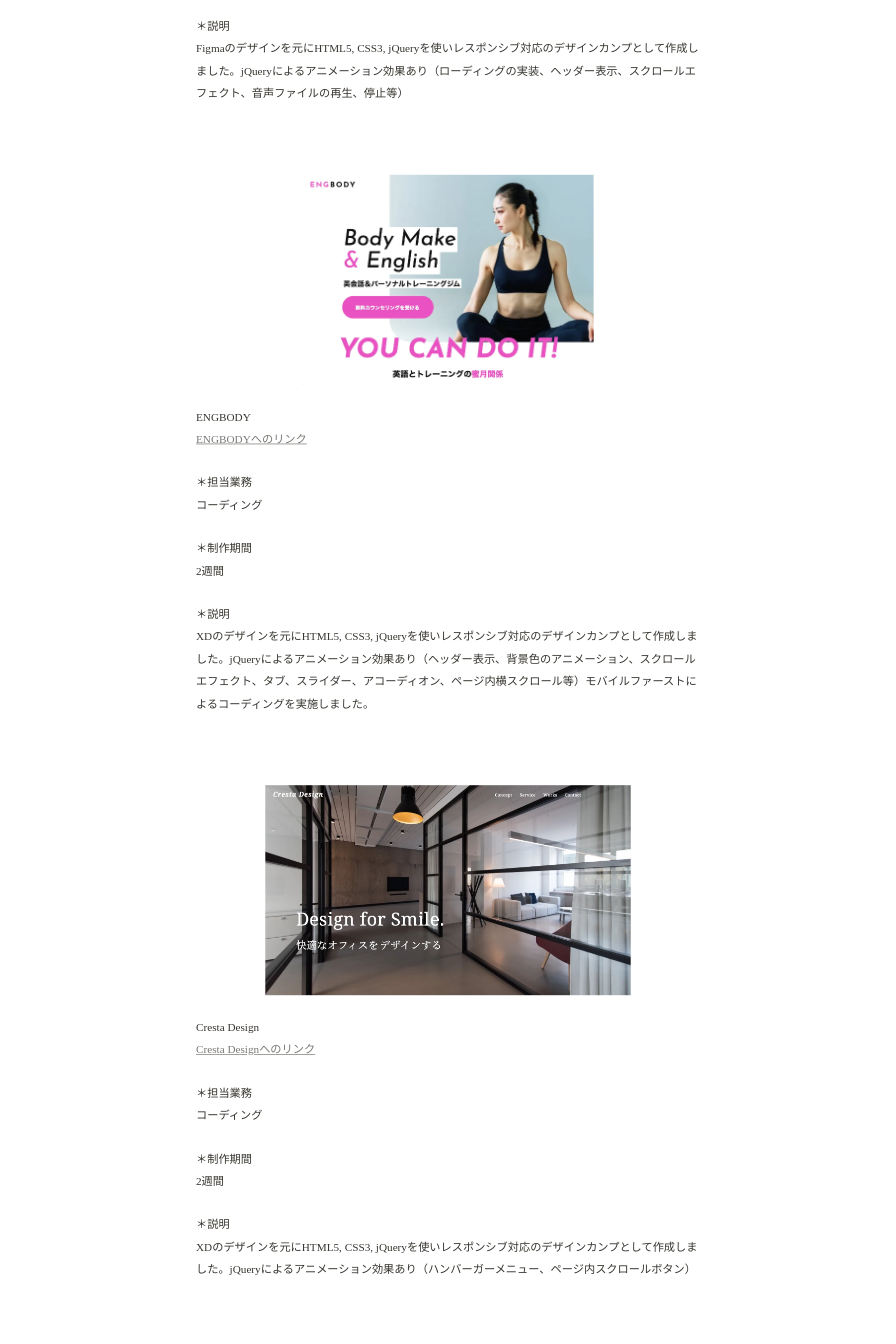
Repository: tetishi/my-portfolio
Page: index.html
An editor plug-in stored every save of this project. The page is shown before and after the next save, followed by the edit.
The browser window is 1280 px wide. The pictures show the part of the page from y = 1164 to 3084 px (the page is 7357 px tall before and 8197 px after), at 70% of full size.
The style sheet was rebuilt from its Sass, Less or Tailwind sources for each picture, by a compiler version that may differ from the author's.

Above is the page before, as saved 2023-09-01 13:50:40.

After the next save:
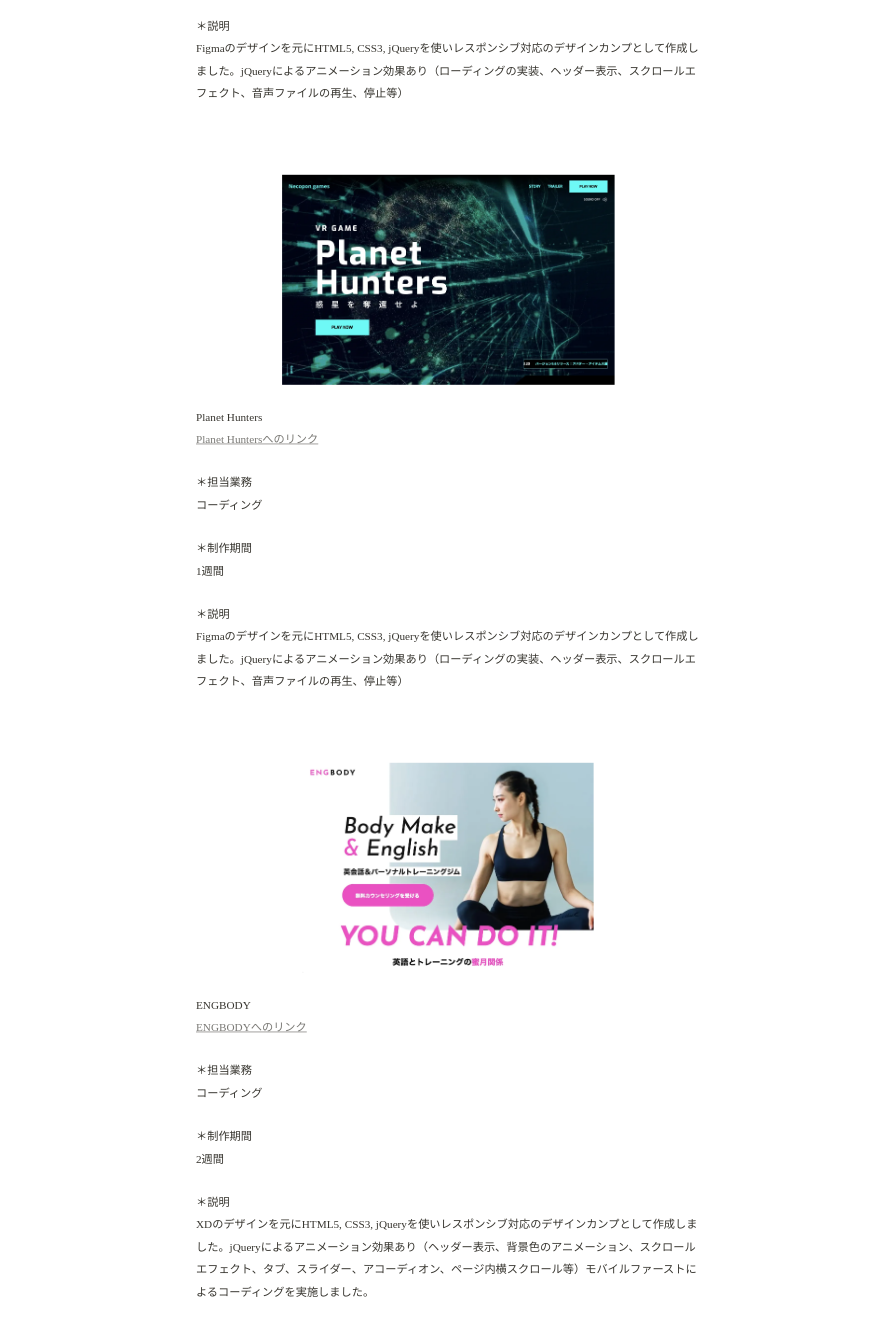
Saved 10 days later.
--- a/index.html
+++ b/index.html
@@ -38,6 +38,28 @@
             <h2>過去の作品</h2>
             <h3 class="sub-tit">LP作成</h3>
 
+                        <!-- １作品目 -->
+                        <div class="work">
+                            <!-- サイトのイメージ写真を入れます -->
+                            <picture>
+                                <source srcset="img/planet-hunters.webp" type="image/webp">
+                                <img src="img/planet-hunters.jpg">
+                            </picture>
+                            <!-- ここ記入 -->
+                            <p class="work_tit">Planet Hunters</p>
+                            <!-- ここ記入 -->
+                            <p class="work_link"><a target="_blank" rel="noopener noreferrer" href="https://tetishi.github.io/planet-hunters/">Planet Huntersへのリンク</a></p>
+                            <p class="details">＊担当業務</p>
+                            <p>コーディング</p>
+                            <p class="details">＊制作期間</p>
+                            <!-- ここ記入 -->
+                            <p>1週間</p>
+                            <p class="details">＊説明</p>
+                            <!-- ここ記入 -->
+                            <p>Figmaのデザインを元にHTML5, CSS3, jQueryを使いレスポンシブ対応のデザインカンプとして作成しました。jQueryによるアニメーション効果あり（ローディングの実装、ヘッダー表示、スクロールエフェクト、音声ファイルの再生、停止等）</p>
+                        </div>
+
+
             <!-- １作品目 -->
             <div class="work">
                 <!-- サイトのイメージ写真を入れます -->
